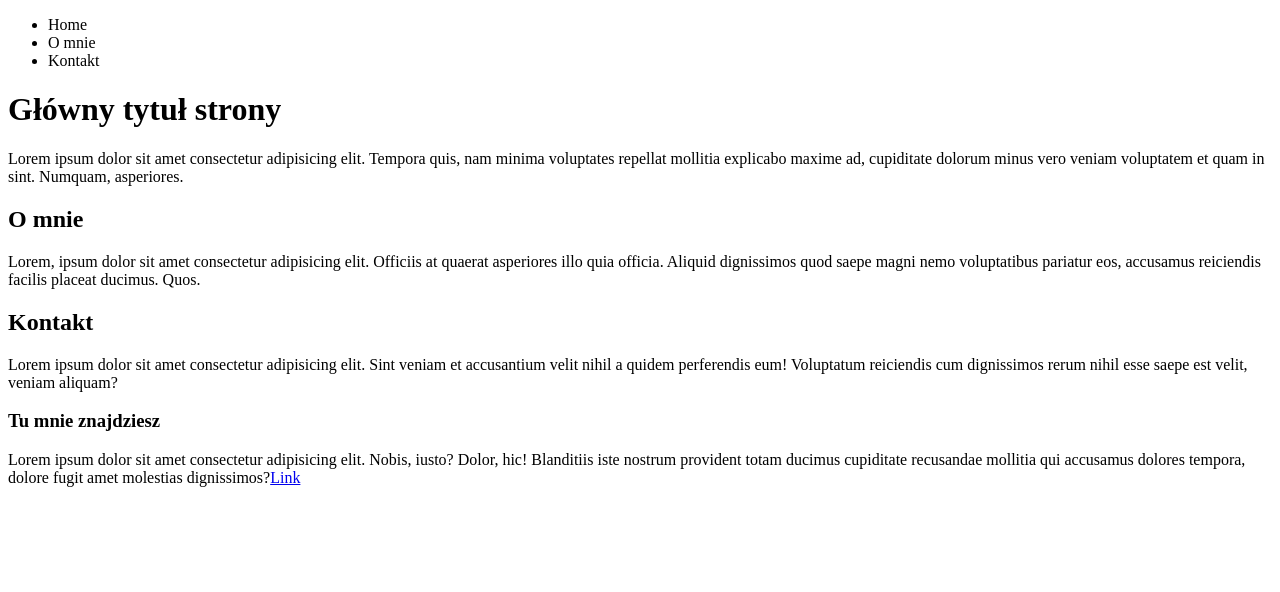
Repository: magdaf41/magdaf41.github.io
Page: zadania-domowe/HTML/zadanie_2/index.html
These files come from the project's save history. The page is drawn as it stood at one moment and after the next save; the edit follows.
The browser window is 1280 px wide. The pictures show the whole page.

Above is the page before, as saved 2020-08-13 11:19:33.

### zadania-domowe/HTML/zadanie_2/index.html
<!DOCTYPE html>
<html lang="en">

<head>
    <meta charset="UTF-8">
    <meta name="viewport" content="width=device-width, initial-scale=1.0">
    <title>Document</title>
</head>

<body>


    <nav id="menu">
        <ul>
            <li class="menu-item">Home</li>
            <li class="menu-item">O mnie</li>
            <li class="menu-item">Kontakt</li>
        </ul>
    </nav>


    <header id="header">
        <h1 id="main-header">Główny tytuł strony</h1>
        <p class="header-content">Lorem ipsum dolor sit amet consectetur adipisicing elit. Tempora quis, nam minima
            voluptates repellat
            mollitia explicabo maxime ad, cupiditate dolorum minus vero veniam voluptatem et quam in sint. Numquam,
            asperiores.</p>
    </header>

    <section id="about">
        <h2 id="about-header">O mnie</h2>
        <p class="about-content">Lorem, ipsum dolor sit amet consectetur adipisicing elit. Officiis at quaerat
            asperiores illo quia officia.
            Aliquid dignissimos quod saepe magni nemo voluptatibus pariatur eos, accusamus reiciendis facilis placeat
            ducimus. Quos.</p>
    </section>

    <section id="contact">
        <h2 id="contact-header">Kontakt</h2>
        <p class="contant-contact">Lorem ipsum dolor sit amet consectetur adipisicing elit. Sint veniam et accusantium
            velit nihil a quidem perferendis eum! Voluptatum reiciendis cum dignissimos rerum nihil esse saepe est
            velit, veniam aliquam?</p>
        <h3 id="info-header">Tu mnie znajdziesz</h3>
        <p class="content-info">Lorem ipsum dolor sit amet consectetur adipisicing elit. Nobis, iusto? Dolor, hic!
            Blanditiis iste nostrum provident totam ducimus cupiditate recusandae mollitia qui accusamus dolores
            tempora, dolore fugit amet molestias dignissimos?<a href="Link">Link</a></p>
    </section>

    <footer></footer>
</body>

</html>

After the next save:
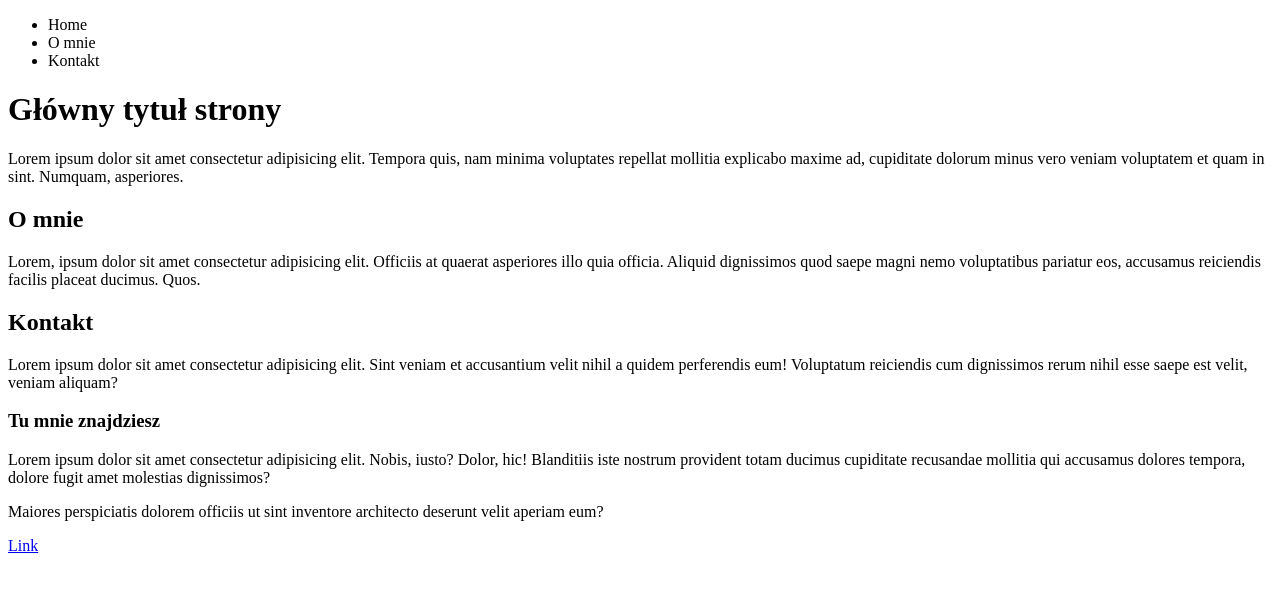
Saved 2 min 1 s later.
--- a/zadania-domowe/HTML/zadanie_2/index.html
+++ b/zadania-domowe/HTML/zadanie_2/index.html
@@ -40,10 +40,12 @@
         <p class="contant-contact">Lorem ipsum dolor sit amet consectetur adipisicing elit. Sint veniam et accusantium
             velit nihil a quidem perferendis eum! Voluptatum reiciendis cum dignissimos rerum nihil esse saepe est
             velit, veniam aliquam?</p>
-        <h3 id="info-header">Tu mnie znajdziesz</h3>
-        <p class="content-info">Lorem ipsum dolor sit amet consectetur adipisicing elit. Nobis, iusto? Dolor, hic!
+        <h3 id="place-header">Tu mnie znajdziesz</h3>
+        <p class="place-content">Lorem ipsum dolor sit amet consectetur adipisicing elit. Nobis, iusto? Dolor, hic!
             Blanditiis iste nostrum provident totam ducimus cupiditate recusandae mollitia qui accusamus dolores
-            tempora, dolore fugit amet molestias dignissimos?<a href="Link">Link</a></p>
+            tempora, dolore fugit amet molestias dignissimos?
+        <p class="place-content">Maiores perspiciatis dolorem officiis ut sint inventore
+            architecto deserunt velit aperiam eum?</p> <a href="Link">Link</a></p>
     </section>
 
     <footer></footer>
